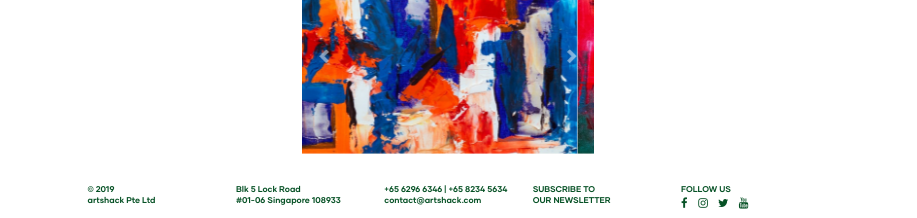
Repository: lynette-lyf/artshack
Page: songyejun.html
The author's editor kept a record of every edit. The page is drawn from the files as they stood at one moment, then again after the next edit.
The browser window is 1280 px wide. The page is 1310 px wide, so the pictures cover 1310 px, including what lies to the right of the window. The pictures show the part of the page from y = 1185 to 3065 px (the page is 1496 px tall before and 3896 px after), at 70% of full size.

Above is the page before.
Not found: artists.css

After the next edit:
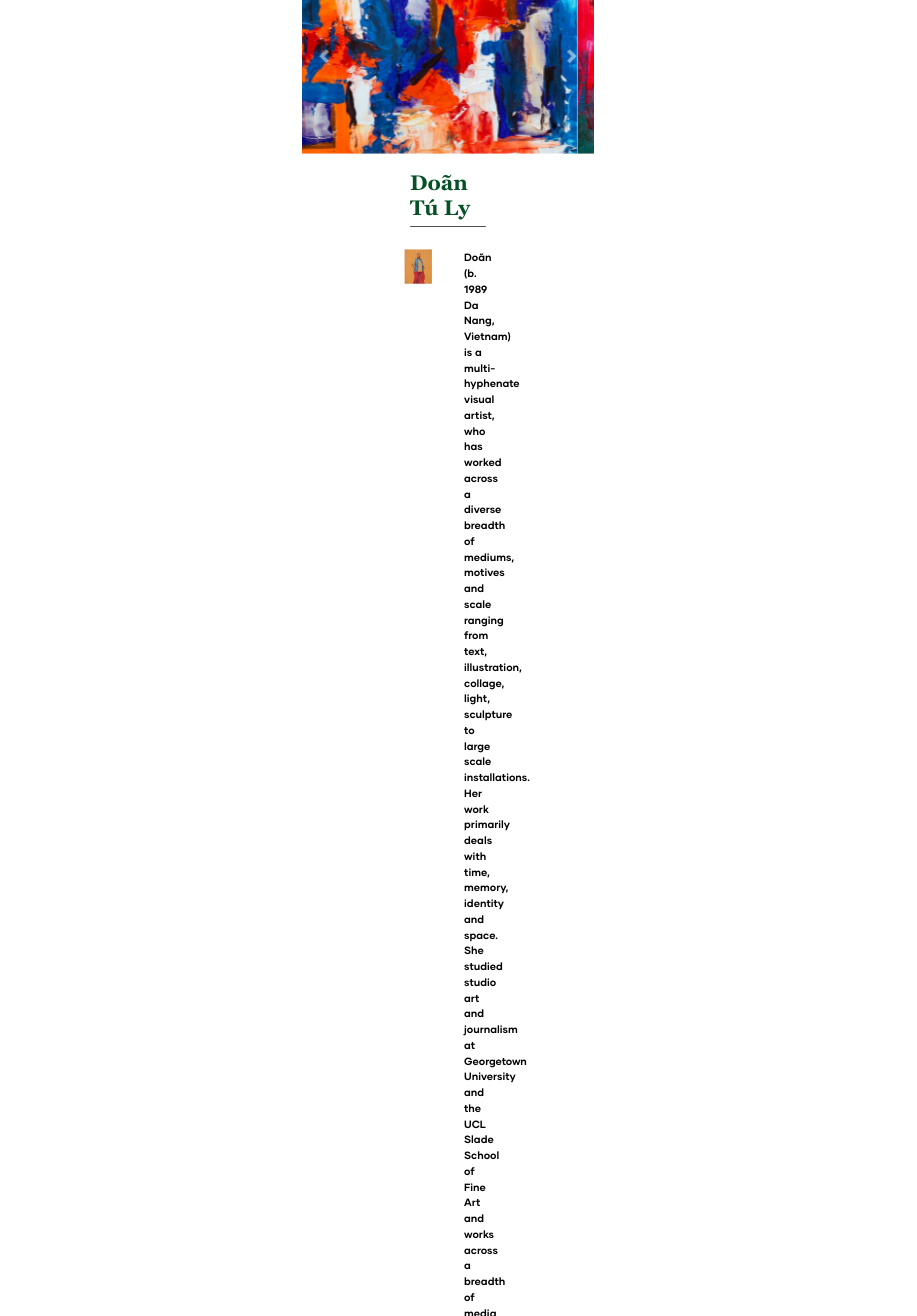
The edit:
--- a/songyejun.html
+++ b/songyejun.html
@@ -414,25 +414,54 @@
 
 
 
-
-
-
-
-</div>
-</div>
-
-
-</div>
-</div>
-</div>
-
-
-
-
-
-</div>
-</div>
-</div>
+<!--Artist 1-->
+<div class="container-fluid-artistscontent mt-3 mx-auto">
+<div class="row justify-content-center mx-auto">
+<div class="col col-xl-4 col-lg-8 col-md-10 col-sm-12 mx-2 my-2"><h1 id="D">Doãn Tú Ly</h1><hr></div>
+</div>
+
+<div class="row justify-content-center mx-auto">
+<div class="col col-xl-2 col-lg-4 col-md-5 col-sm-12 mx-2 my-2"><img class="img-fluid" src="images/artist1.jpg"></div>
+<div class="col col-xl-2 col-lg-4 col-md-5 col-sm-12 mx-2 my-2"><p>Doãn (b. 1989 Da Nang, Vietnam) is a multi-hyphenate visual artist,
+who has worked across a diverse breadth of mediums, motives and scale ranging from text,
+illustration, collage, light, sculpture to large scale installations. Her work primarily
+deals with time, memory, identity and space. She studied studio art and journalism at
+Georgetown University and the UCL Slade School of Fine Art and works across a breadth
+of media ranging from collage, photography, illustration, light, and installations.<div class="artistbio pt-3">
+<a href="#" id="Dbio">read full biography→<a></div></p></div>
+</div>
+
+<div class="row justify-content-center mx-auto">
+<div class="col col-xl-4 col-lg-8 col-md-10 col-sm-12 mx-2 my-2"><p id="Dsel">artworks selection</p><hr></div>
+</div>
+
+<div class="row justify-content-center mx-auto">
+<div class="col col-xl-4 col-lg-8 col-md-10 col-sm-12 mx-2 my-2">
+
+<div id="carouselExampleControls" class="carousel slide" data-ride="carousel">
+  <div class="carousel-inner">
+    <div class="carousel-item active">
+      <img src="images/artist1work1.jpg" class="d-block w-100" alt="...">
+    </div>
+    <div class="carousel-item">
+      <img src="images/artist1work2.jpg" class="d-block w-100" alt="...">
+    </div>
+    <div class="carousel-item">
+      <img src="images/artist1work3.jpg" class="d-block w-100" alt="...">
+    </div>
+  </div>
+  <a class="carousel-control-prev" href="#carouselExampleControls" role="button" data-slide="prev">
+    <span class="carousel-control-prev-icon" aria-hidden="true"></span>
+    <span class="sr-only">Previous</span>
+  </a>
+  <a class="carousel-control-next" href="#carouselExampleControls" role="button" data-slide="next">
+    <span class="carousel-control-next-icon" aria-hidden="true"></span>
+    <span class="sr-only">Next</span>
+  </a>
+</div>
+
+
+
 
                 <!-- Optional JavaScript -->
                 <!-- jQuery first, then Popper.js, then Bootstrap JS -->
